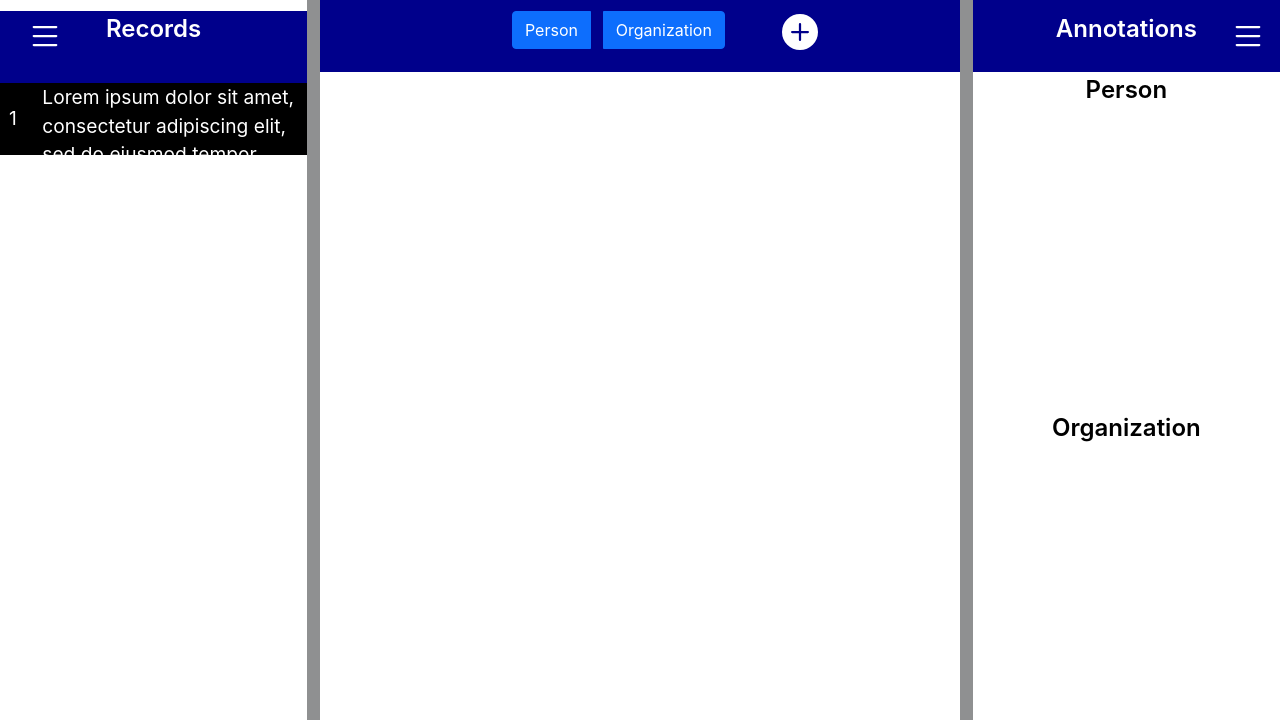
Repository: napan24/classforma_assignment
Page: / (app in client/)
An editor plug-in stored every save of this project. The page is shown before and after the next save, followed by the edit.
The browser window is 1280 px wide. The pictures show the whole page.
The project was rebuilt for these pictures with package versions that can differ from the ones it lists, and the page was loaded fresh each time. Also part of the build but not shown: client/src/App.css.

Above is the page before, as saved 2022-07-20 18:53:36.

After the next save:
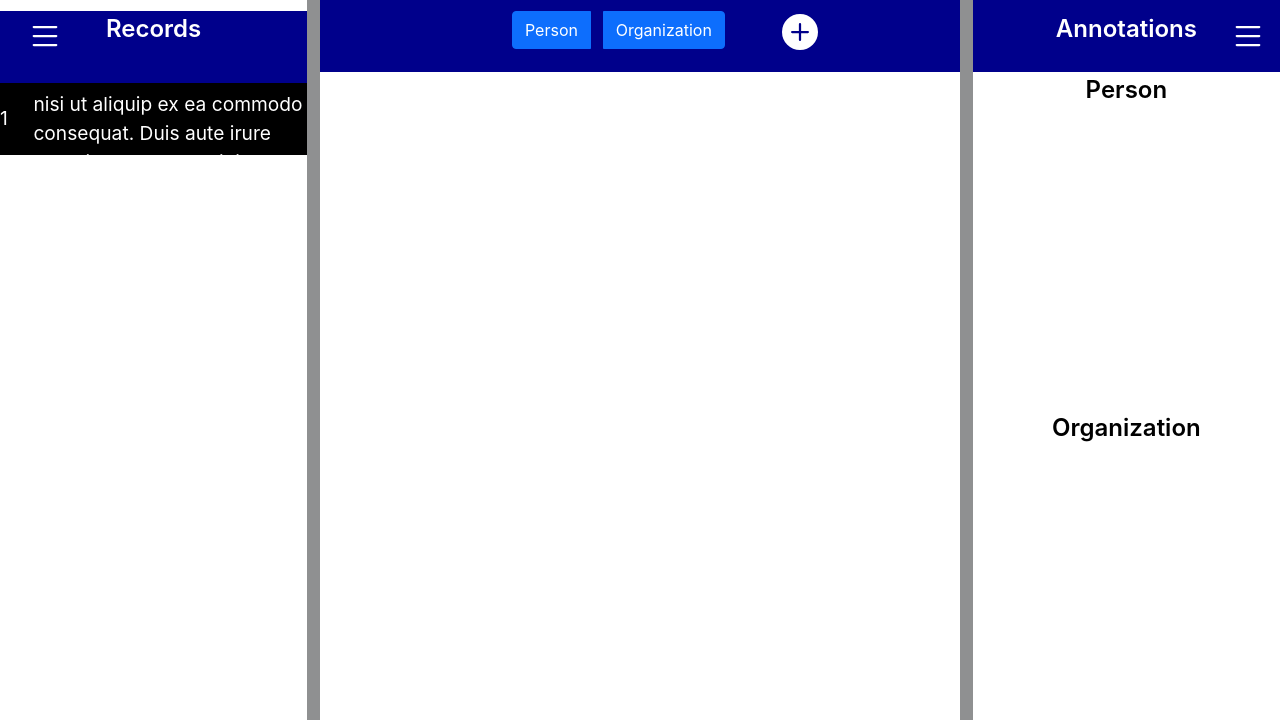
Saved 10 s later.
--- a/client/src/Home.js
+++ b/client/src/Home.js
@@ -111,7 +111,7 @@
                         <span style={{top:"10vh"}}>
                             1
                         </span>
-                        <span style={{height:"10vh",width:"20vw",marginLeft:"2vw"}}>
+                        <span style={{marginLeft:"2vw"}}>
                             Lorem ipsum dolor sit amet, consectetur adipiscing elit, sed do eiusmod tempor incididunt ut labore et dolore magna aliqua. Ut enim ad minim veniam, quis nostrud exercitation ullamco laboris nisi ut aliquip ex ea commodo consequat. Duis aute irure dolor in reprehenderit in voluptate velit esse cillum dolore eu fugiat nulla pariatur. Excepteur sint occaecat cupidatat non proident, sunt in culpa qui officia deserunt mollit anim id est laborum.
                         </span>
                     </div>

After the save that followed:
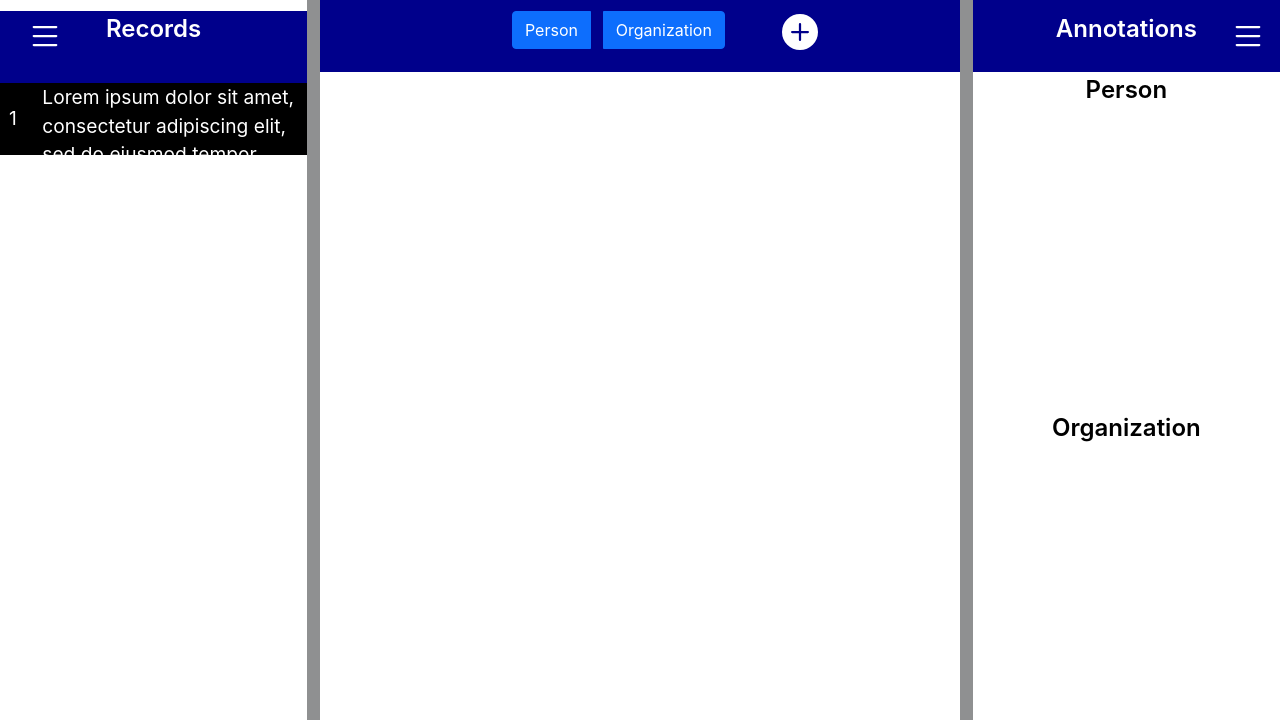
Saved 4 s later.
--- a/client/src/Home.js
+++ b/client/src/Home.js
@@ -111,7 +111,7 @@
                         <span style={{top:"10vh"}}>
                             1
                         </span>
-                        <span style={{marginLeft:"2vw"}}>
+                        <span style={{height:"10vh",width:"20vw",marginLeft:"2vw"}}>
                             Lorem ipsum dolor sit amet, consectetur adipiscing elit, sed do eiusmod tempor incididunt ut labore et dolore magna aliqua. Ut enim ad minim veniam, quis nostrud exercitation ullamco laboris nisi ut aliquip ex ea commodo consequat. Duis aute irure dolor in reprehenderit in voluptate velit esse cillum dolore eu fugiat nulla pariatur. Excepteur sint occaecat cupidatat non proident, sunt in culpa qui officia deserunt mollit anim id est laborum.
                         </span>
                     </div>
